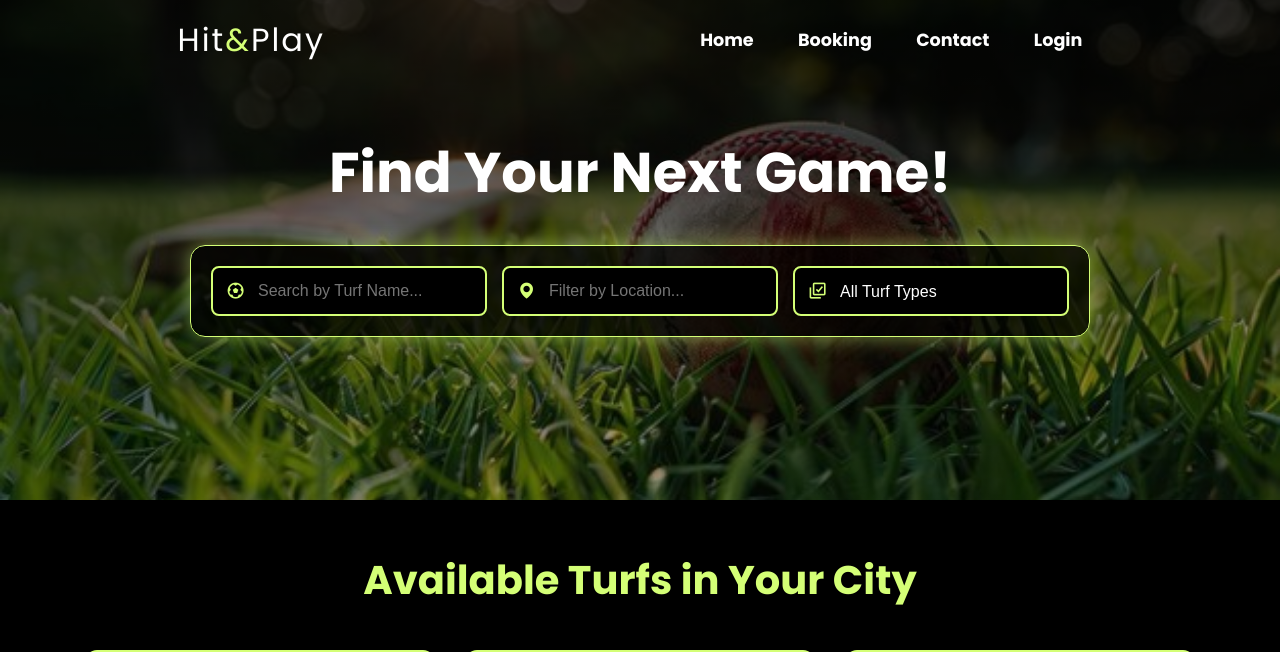
Repository: nilofar-nadaf/TurfBookingSystem
Page: http://localhost/searchTurf
These files come from the project's save history. The page is drawn as it stood at one moment and after the next save; the edit follows.
The browser window is 1280 px wide. The pictures show the part of the page from y = 0 to 652 px (the page is 1622 px tall).
Pictures or frames that could not be fetched are drawn as grey boxes. The page is this project's Thymeleaf template; nobody is signed in. The template is opened directly, without the code that normally fills it, so the values that code supplies are empty.

Above is the page before, as saved 2025-10-16 17:09:06.

### CricketTurfBooking/CricketTurfBookingSystem/src/main/resources/templates/searchTurf.html
<!DOCTYPE html>
<html lang="en" xmlns:th="http://www.thymeleaf.org">
<head>
    <meta charset="UTF-8">
    <link rel="stylesheet" href="CSS/searchTurf.css">
    <meta name="viewport" content="width=device-width, initial-scale=1.0">
    <title>Hit&Play - Search & Book Turfs</title>
    <link href='https://unpkg.com/boxicons@2.1.4/css/boxicons.min.css' rel='stylesheet'>
    <style>
        /* CSS adapted from original input for consolidation */
        @import url('https://fonts.googleapis.com/css2?family=Poppins:ital,wght@0,100;0,200;0,300;0,400;0,500;0,600;0,700;0,800;0,900;1,200;1,500;1,600;1,700;1,800;1,900&display=swap');

        :root {
            /* Custom CSS variables for easy theming */
            --primary-color: #d4ff76; /* The bright green accent color */
            --dark-color: #000;
            --light-color: #fff;
            --shadow-color: rgba(212, 255, 118, 0.5);
            --shadow-base: rgba(0, 0, 0, 0.5);
        }

        /* Note: The main CSS is loaded from search_turf.css */
    </style>
</head>
<body>
    <header>
        <nav>
            <div class="logo">Hit<span class="hit">&</span>Play</div>
            <div class="menu">
                <a href="home.html">Home</a>
                <a href="booknow.html">Booking</a>
                <a href="#">Contact</a>
                <a href="login.html">Login</a>
            </div>
        </nav>

        <div class="header-content">
            <h1>Find Your Next Game!</h1>

            <div class="search-box-container">
                <div class="search-box">
                    <input type="text" id="filterName" placeholder="Search by Turf Name..." onkeyup="filterTurfs()">
                    <i class='bx bx-football'></i>
                </div>
                <div class="search-box">
                    <input type="text" id="filterLocation" placeholder="Filter by Location..." onkeyup="filterTurfs()">
                    <i class='bx bxs-map'></i>
                </div>
                <div class="search-box">
                    <select id="filterType" onchange="filterTurfs()">
                        <option value="">All Turf Types</option>
                        <option value="Artificial Turf">Artificial Turf</option>
                        <option value="Natural Grass">Natural Grass</option>
                        <option value="Hybrid">Hybrid</option>
                        <option value="Clay">Clay</option>
                    </select>
                    <i class='bx bx-select-multiple'></i>
                </div>
            </div>

        </div>
    </header>

    <main class="turf-results">
        <h2>Available Turfs in Your City</h2>

        <div class="turf-card-container" id="turfCardContainer">

            <div class="turf-card" data-name="Power Play Arena" data-location="Kharadi, Pune" data-type="Artificial Turf" data-price="1500">
                <div class="card-image-box">
                    <img src="https://picsum.photos/id/10/350/200" alt="Turf Image: Power Play" class="card-image">
                </div>
                <div class="card-info">
                    <h3>Power Play Arena</h3>
                    <div class="location"><i class='bx bxs-map'></i> Kharadi, Pune</div>
                    <div class="rating">
                        <i class='bx bxs-star yellow'></i>
                        <i class='bx bxs-star yellow'></i>
                        <i class='bx bxs-star yellow'></i>
                        <i class='bx bxs-star yellow'></i>
                        <i class='bx bxs-star-half yellow'></i> 4.5
                    </div>
                    <div class="details-row">
                        <span class="price">₹1500 <small>/hr</small></span>
                        <button class="book-btn" onclick="goToBooking(this.closest('.turf-card'))">Book Now</button>
                    </div>
                    <small class="type">Artificial Turf</small>
                </div>
            </div>

            <div class="turf-card" data-name="Green Goals Pitch" data-location="Hinjewadi, Pune" data-type="Artificial Turf" data-price="1400">
                <div class="card-image-box">
                    <img src="https://picsum.photos/id/11/350/200" alt="Turf Image: Green Goals" class="card-image">
                </div>
                <div class="card-info">
                    <h3>Green Goals Pitch</h3>
                    <div class="location"><i class='bx bxs-map'></i> Hinjewadi, Pune</div>
                    <div class="rating">
                        <i class='bx bxs-star yellow'></i>
                        <i class='bx bxs-star yellow'></i>
                        <i class='bx bxs-star yellow'></i>
                        <i class='bx bxs-star yellow'></i> 4.0
                    </div>
                    <div class="details-row">
                        <span class="price">₹1400 <small>/hr</small></span>
                        <button class="book-btn" onclick="goToBooking(this.closest('.turf-card'))">Book Now</button>
                    </div>
                    <small class="type">Artificial Turf</small>
                </div>
            </div>

            <div class="turf-card" data-name="Champions Court" data-location="Viman Nagar, Pune" data-type="Natural Grass" data-price="1800">
                <div class="card-image-box">
                    <img src="https://picsum.photos/id/12/350/200" alt="Turf Image: Champions Court" class="card-image">
                </div>
                <div class="card-info">
                    <h3>Champions Court</h3>
                    <div class="location"><i class='bx bxs-map'></i> Viman Nagar, Pune</div>
                    <div class="rating">
                        <i class='bx bxs-star yellow'></i>
                        <i class='bx bxs-star yellow'></i>
                        <i class='bx bxs-star yellow'></i>
                        <i class='bx bxs-star yellow'></i>
                        <i class='bx bxs-star yellow'></i> 5.0
                    </div>
                    <div class="details-row">
                        <span class="price">₹1800 <small>/hr</small></span>
                        <button class="book-btn" onclick="goToBooking(this.closest('.turf-card'))">Book Now</button>
                    </div>
                    <small class="type">Natural Grass</small>
                </div>
            </div>

            <div class="turf-card" data-name="Alley Kick Ground" data-location="Deccan Gymkhana, Pune" data-type="Artificial Turf" data-price="900">
                <div class="card-image-box">
                    <img src="https://picsum.photos/id/13/350/200" alt="Turf Image: Alley Kick" class="card-image">
                </div>
                <div class="card-info">
                    <h3>Alley Kick Ground</h3>
                    <div class="location"><i class='bx bxs-map'></i> Deccan Gymkhana, Pune</div>
                    <div class="rating">
                        <i class='bx bxs-star yellow'></i>
                        <i class='bx bxs-star yellow'></i>
                        <i class='bx bxs-star yellow'></i> 3.0
                    </div>
                    <div class="details-row">
                        <span class="price">₹900 <small>/hr</small></span>
                        <button class="book-btn" onclick="goToBooking(this.closest('.turf-card'))">Book Now</button>
                    </div>
                    <small class="type">Artificial Turf</small>
                </div>
            </div>

            <div class="turf-card" data-name="The Goalkeeper Turf" data-location="Baner, Pune" data-type="Natural Grass" data-price="1000">
                <div class="card-image-box">
                    <img src="https://picsum.photos/id/14/350/200" alt="Turf Image: The Goalkeeper" class="card-image">
                </div>
                <div class="card-info">
                    <h3>The Goalkeeper Turf</h3>
                    <div class="location"><i class='bx bxs-map'></i> Baner, Pune</div>
                    <div class="rating">
                        <i class='bx bxs-star yellow'></i>
                        <i class='bx bxs-star yellow'></i>
                        <i class='bx bxs-star yellow'></i>
                        <i class='bx bxs-star-half yellow'></i> 3.5
                    </div>
                    <div class="details-row">
                        <span class="price">₹1000 <small>/hr</small></span>
                        <button class="book-btn" onclick="goToBooking(this.closest('.turf-card'))">Book Now</button>
                    </div>
                    <small class="type">Natural Grass</small>
                </div>
            </div>

            <div class="turf-card" data-name="The Fast Bowler" data-location="Kothrud, Pune" data-type="Hybrid" data-price="1250">
                <div class="card-image-box">
                    <img src="https://picsum.photos/id/15/350/200" alt="Turf Image: Fast Bowler" class="card-image">
                </div>
                <div class="card-info">
                    <h3>The Fast Bowler</h3>
                    <div class="location"><i class='bx bxs-map'></i> Kothrud, Pune</div>
                    <div class="rating">
                        <i class='bx bxs-star yellow'></i>
                        <i class='bx bxs-star yellow'></i>
                        <i class='bx bxs-star yellow'></i>
                        <i class='bx bxs-star-half yellow'></i> 3.8
                    </div>
                    <div class="details-row">
                        <span class="price">₹1250 <small>/hr</small></span>
                        <button class="book-btn" onclick="goToBooking(this.closest('.turf-card'))">Book Now</button>
                    </div>
                    <small class="type">Hybrid</small>
                </div>
            </div>

            <div id="noResultsMessage" style="display: none; width: 100%; text-align: center; color: var(--primary-color); font-size: 1.2rem; margin-top: 30px;">
                No turfs match your search criteria. Try a different filter!
            </div>

        </div>
    </main>

    <script>
        // Function to handle the Book Now click and pass data via URL
        function goToBooking(card) {
            const turfName = encodeURIComponent(card.getAttribute('data-name'));
            const turfLocation = encodeURIComponent(card.getAttribute('data-location'));
            const turfPrice = encodeURIComponent(card.getAttribute('data-price'));

            // Build the URL with the selected turf data
            window.location.href = `booknow.html?name=${turfName}&location=${turfLocation}&price=${turfPrice}`;
        }
    </script>
    <script src="search_turf.js"></script>
</body>
</html>

### CricketTurfBooking/CricketTurfBookingSystem/src/main/resources/static/css/searchTurf.css
@import url('https://fonts.googleapis.com/css2?family=Poppins:ital,wght@0,100;0,200;0,300;0,400;0,500;0,600;0,700;0,800;0,900;1,200;1,500;1,600;1,700;1,800;1,900&display=swap');
*{
    padding: 0;
    margin: 0;
    box-sizing: border-box;
}

:root {
    --primary-color: #d4ff76; /* Neon Green */
    --dark-color: #000;
    --card-bg-color: #1a1a1a;
    --text-color: #fff;
    --yellow-star: #ffc107;
}

body {
    background-color: var(--dark-color);
    font-family: 'Poppins', sans-serif;
}

header{
    width: 100%;
    min-height: 500px; /* Reduced min-height to accommodate new search boxes */
    background: linear-gradient(rgba(0,0,0,0.8),rgba(0,0,0,0.3)), url(Images/home4.jpg);
    background-size: cover;
    background-position: center;
    padding-bottom: 50px;
}

nav{
    width: 100%;
    height: 80px; /* Reduced height */
    display: flex;
    justify-content: space-around;
    align-items: center;
    color: var(--text-color);
}
.logo{
    font-size: 2em;
    letter-spacing: 2px;
}
.logo .hit{
    color: var(--primary-color);
}

.menu a{
    text-decoration: none;
    color: var(--text-color);
    padding: 10px 20px;
    font-weight: bold;
    font-size: 1.1em;
    transition: all 0.3s ease;
}

.menu a:hover{
    border-bottom: 2px solid var(--primary-color);
    color: var(--primary-color);
}

.header-content{
    width: 100%;
    text-align: center;
    margin-top: 50px;
    padding: 0 20px;
}

.header-content h1{
    font-size: 3.5em;
    color: var(--text-color);
    margin-bottom: 30px;
}

/* NEW: Multi-input Search Box Container */
.search-box-container {
    display: flex;
    justify-content: center;
    gap: 15px;
    max-width: 900px;
    margin: 0 auto;
    padding: 20px;
    background: rgba(0, 0, 0, 0.7);
    border-radius: 15px;
    border: 1px solid var(--primary-color);
    box-shadow: 0 0 20px var(--shadow-color);
}

.search-box {
    position: relative;
    flex: 1;
    min-width: 200px;
}

.search-box input,
.search-box select {
    width: 100%;
    height: 50px;
    padding: 0 15px 0 45px; /* Adjust padding for icon */
    border: 2px solid var(--primary-color);
    background: var(--dark-color);
    color: var(--text-color);
    font-size: 1em;
    border-radius: 8px;
    outline: none;
    transition: all 0.3s ease;
}

.search-box input:focus,
.search-box select:focus {
    box-shadow: 0 0 10px var(--primary-color);
}

.search-box select {
    appearance: none; /* Hide default dropdown arrow */
    cursor: pointer;
}

.search-box select option {
    background: var(--dark-color);
    color: var(--primary-color);
}

.search-box i {
    position: absolute;
    left: 15px;
    top: 50%;
    transform: translateY(-50%);
    font-size: 1.2em;
    color: var(--primary-color);
}


/* --- TURF CARD STYLES --- */

.turf-results {
    padding: 50px 20px;
}

.turf-results h2 {
    color: var(--primary-color);
    text-align: center;
    margin-bottom: 40px;
    font-size: 2.5em;
}

.turf-card-container {
    display: flex;
    flex-wrap: wrap;
    gap: 30px;
    justify-content: center;
    max-width: 1200px;
    margin: 0 auto;
}

.turf-card {
    background-color: var(--card-bg-color);
    border: 2px solid var(--primary-color);
    border-radius: 12px;
    overflow: hidden;
    box-shadow: 0 8px 16px var(--shadow-base);
    transition: transform 0.3s, box-shadow 0.3s;
    width: 100%;
    max-width: 350px;
    display: flex;
    flex-direction: column;
}

.turf-card:hover {
    transform: translateY(-8px);
    box-shadow: 0 15px 30px var(--shadow-color);
}

/* NEW: Card Image Styling */
.card-image-box {
    width: 100%;
    height: 200px;
    overflow: hidden;
    border-bottom: 3px solid var(--primary-color);
}

.card-image {
    width: 100%;
    height: 100%;
    object-fit: cover;
    transition: transform 0.5s ease;
}

.turf-card:hover .card-image {
    transform: scale(1.05);
}

.card-info {
    padding: 20px;
    flex-grow: 1; /* Makes sure the info box takes up remaining height */
}

.card-info h3 {
    font-size: 1.5rem;
    margin-bottom: 10px;
    color: var(--primary-color);
}

.card-info .location {
    font-size: 0.95rem;
    margin-bottom: 15px;
    color: #ccc;
}

.card-info .location i {
    color: var(--primary-color);
    margin-right: 5px;
}

.card-info .rating {
    margin-bottom: 15px;
    font-size: 1.1rem;
    color: var(--text-color);
}

.card-info .rating .yellow {
    color: var(--yellow-star);
}

.details-row {
    display: flex;
    justify-content: space-between;
    align-items: center;
    margin-top: 15px;
}

.price {
    font-size: 1.8rem;
    font-weight: 600;
    color: var(--text-color);
}

.price small {
    font-size: 0.8rem;
    color: var(--primary-color);
}

.book-btn {
    background-color: var(--primary-color);
    color: var(--dark-color);
    padding: 10px 20px;
    border: none;
    border-radius: 5px;
    cursor: pointer;
    font-weight: 700;
    transition: background-color 0.3s, transform 0.1s;
    text-transform: uppercase;
}

.book-btn:hover {
    background-color: #aaff00; /* Slightly darker neon on hover */
    transform: translateY(-2px);
}

.card-info .type {
    display: block;
    margin-top: 15px;
    font-size: 0.85rem;
    font-weight: 500;
    color: var(--primary-color);
    text-align: right;
}

/* Responsive adjustments */
@media (max-width: 992px) {
    .search-box-container {
        flex-direction: column;
        gap: 10px;
        max-width: 500px;
    }

    .header-content h1 {
        font-size: 2.5em;
    }
}

@media (max-width: 600px) {
    nav {
        flex-direction: column;
        height: auto;
        padding: 15px 0;
    }
    .menu {
        margin-top: 10px;
    }
    .menu a {
        padding: 5px 10px;
    }
}

### CricketTurfBooking/CricketTurfBookingSystem/src/main/resources/static/js/search_turf.js
document.addEventListener('DOMContentLoaded', () => {
    // Initial call to ensure all turfs are visible on load
    filterTurfs();
});

/**
 * Filters the turf cards based on the input from the Name, Location, and Type filters.
 */
function filterTurfs() {
    const filterNameInput = document.getElementById('filterName');
    const filterLocationInput = document.getElementById('filterLocation');
    const filterTypeSelect = document.getElementById('filterType');
    const turfCards = document.querySelectorAll('.turf-card');
    const noResultsMessage = document.getElementById('noResultsMessage');
    let foundResults = false;

    // Normalize search terms for case-insensitive matching
    const nameSearch = filterNameInput.value.toLowerCase().trim();
    const locationSearch = filterLocationInput.value.toLowerCase().trim();
    const typeSearch = filterTypeSelect.value.toLowerCase(); // Already an exact value or empty string

    turfCards.forEach(card => {
        // Get the data attributes from the card
        const turfName = card.getAttribute('data-name').toLowerCase();
        const turfLocation = card.getAttribute('data-location').toLowerCase();
        const turfType = card.getAttribute('data-type').toLowerCase();

        // Check if the card matches all filter criteria
        const nameMatch = turfName.includes(nameSearch);
        const locationMatch = turfLocation.includes(locationSearch);
        // The type filter is an exact match unless the search is "All Turf Types" (empty string)
        const typeMatch = (typeSearch === "" || turfType === typeSearch);

        if (nameMatch && locationMatch && typeMatch) {
            // Show the card
            card.style.display = 'flex';
            foundResults = true;
        } else {
            // Hide the card
            card.style.display = 'none';
        }
    });

    // Toggle the "No Results" message
    if (noResultsMessage) {
        if (foundResults) {
            noResultsMessage.style.display = 'none';
        } else {
            noResultsMessage.style.display = 'block';
        }
    }
}

After the next save:
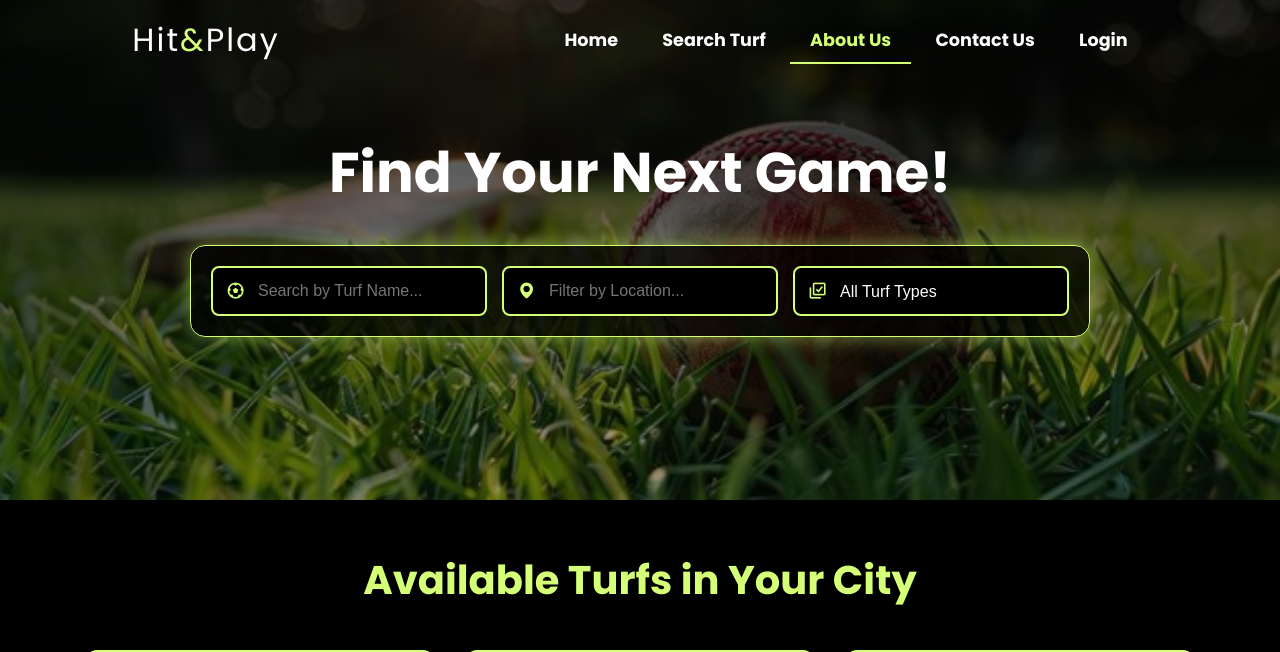
Saved 46 s later.
--- a/CricketTurfBooking/CricketTurfBookingSystem/src/main/resources/templates/searchTurf.html
+++ b/CricketTurfBooking/CricketTurfBookingSystem/src/main/resources/templates/searchTurf.html
@@ -27,10 +27,11 @@
         <nav>
             <div class="logo">Hit<span class="hit">&</span>Play</div>
             <div class="menu">
-                <a href="home.html">Home</a>
-                <a href="booknow.html">Booking</a>
-                <a href="#">Contact</a>
-                <a href="login.html">Login</a>
+				<a th:href="@{/home}">Home</a>
+				           <a th:href="@{/searchTurf}">Search Turf</a>
+				            <a th:href="@{/aboutUs}" style="border-bottom: 2px solid var(--primary-color); color: var(--primary-color);">About Us</a>
+				            <a th:href="@{/contactUs}">Contact Us</a>
+				            <a th:href="@{/login}">Login</a>
             </div>
         </nav>
 
